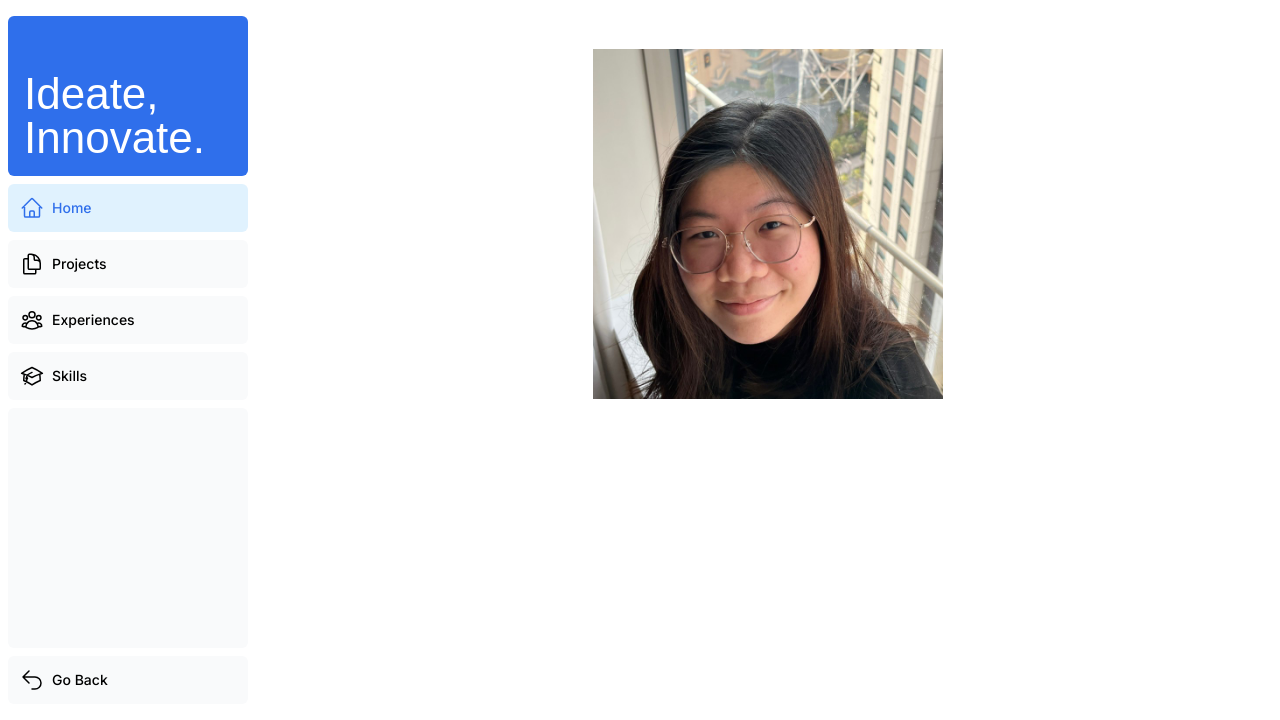
Repository: ThatGirlJam/jaime-portfolio
Page: /dashboard
The author's editor kept a copy of each file at every save. The page is drawn from the files as they stood at one save, then again after a run of saves.
The browser window is 1280 px wide. The pictures show the whole page.
Some web fonts or font styles are not loaded; a fallback is used. The project was rebuilt for these pictures with package versions that can differ from the ones it lists, and the page was loaded fresh each time. The framework's server and built-in components were replaced by stand-ins that run in the browser. Also part of the build but not shown: next.config.js.

Above is the page before, as saved 2024-04-10 00:20:00.

### app/dashboard/page.tsx
import Image from "next/image";

export default function Page() {
  const imageStyle = {
    borderRadius: '5%',
    border: '1px solid #fff',
    display: 'flex',
    justifyContent: 'center', // Horizontally center the image
  };

  return (
    <div>
      <div style={imageStyle}>
        <Image
                src="/jaime-linkedin-photo.jpeg"
                width={350}
                height={350}
                //style={imageStyle}
                alt="Screenshots of jaime linkedin photo"
              />
        </div>
    </div>
  );
}

### app/ui/fonts.ts
import { Inter } from 'next/font/google';
import { Lusitana } from 'next/font/google';

export const inter = Inter({ subsets: ['latin'] });

export const lusitana = Lusitana({
  weight: ['400', '700'],
  subsets: ['latin'],
});

### app/ui/dashboard/sidenav.tsx
import Link from 'next/link';
import NavLinks from '@/app/ui/dashboard/nav-links';
import BannerLogo from '@/app/ui/banner-logo';
import { ArrowUturnLeftIcon } from '@heroicons/react/24/outline';

export default function SideNav() {
  return (
    <div className="flex h-full flex-col px-3 py-4 md:px-2">
      <Link
        className="h-25 mb-2 flex items-end justify-start rounded-md bg-blue-600 p-4 md:h-40"
        href="/"
      >
        <div className="w-32 text-white md:w-40">
          <BannerLogo />
        </div>
      </Link>
      <div className="flex grow flex-row justify-between space-x-2 md:flex-col md:space-x-0 md:space-y-2">
        <NavLinks />
        <div className="hidden h-auto w-full grow rounded-md bg-gray-50 md:block"></div>
        <Link href="/">
          <button className="flex h-[48px] w-full grow items-center justify-center gap-2 rounded-md bg-gray-50 p-3 text-sm font-medium hover:bg-sky-100 hover:text-blue-600 md:flex-none md:justify-start md:p-2 md:px-3">
            <ArrowUturnLeftIcon className="w-6" />
            <div className="hidden md:block">Go Back</div>
          </button>
        </Link>
      </div>
    </div>
  );
}

### app/ui/dashboard/nav-links.tsx
'use client';

import {
  UserGroupIcon,
  HomeIcon,
  DocumentDuplicateIcon,
  AcademicCapIcon,
} from '@heroicons/react/24/outline';
import Link from 'next/link';
import { usePathname } from 'next/navigation';
import clsx from 'clsx';

// Map of links to display in the side navigation.
// Depending on the size of the application, this would be stored in a database.
const links = [
  { name: 'Home', href: '/dashboard', icon: HomeIcon },
  {
    name: 'Projects',
    href: '/dashboard/projects',
    icon: DocumentDuplicateIcon,
  },
  { name: 'Experiences', href: '/dashboard/experiences', icon: UserGroupIcon },
  { name: 'Skills', href: '/dashboard/skills', icon: AcademicCapIcon },
];

export default function NavLinks() {
  const pathname = usePathname();

  return (
    <>
      {links.map((link) => {
        const LinkIcon = link.icon;
        return (
          <Link
            key={link.name}
            href={link.href}
            //When the link.href aka link of the nav option matches the curr path name, turn blue to show user is on that page
            className={clsx(
              'flex h-[48px] grow items-center justify-center gap-2 rounded-md bg-gray-50 p-3 text-sm font-medium hover:bg-sky-100 hover:text-blue-600 md:flex-none md:justify-start md:p-2 md:px-3',
              {
                'bg-sky-100 text-blue-600': pathname === link.href,
              },
            )}
          >
            <LinkIcon className="w-6" />
            <p className="hidden md:block">{link.name}</p>
          </Link>
        );
      })}
    </>
  );
}

### app/ui/banner-logo.tsx
import { lusitana } from '@/app/ui/fonts';

export default function BannerLogo() {
  return (
    <div
      className={`${lusitana.className} flex flex-row items-center leading-none text-white`}
    >
      <p className="text-[44px]">Ideate, Innovate.</p>
    </div>
  );
}

Loaded but not shown: app/layout.tsx (common file); app/dashboard/layout.tsx (common file); app/ui/global.css (common file); tailwind.config.ts (common file)

After the next 2 saves:
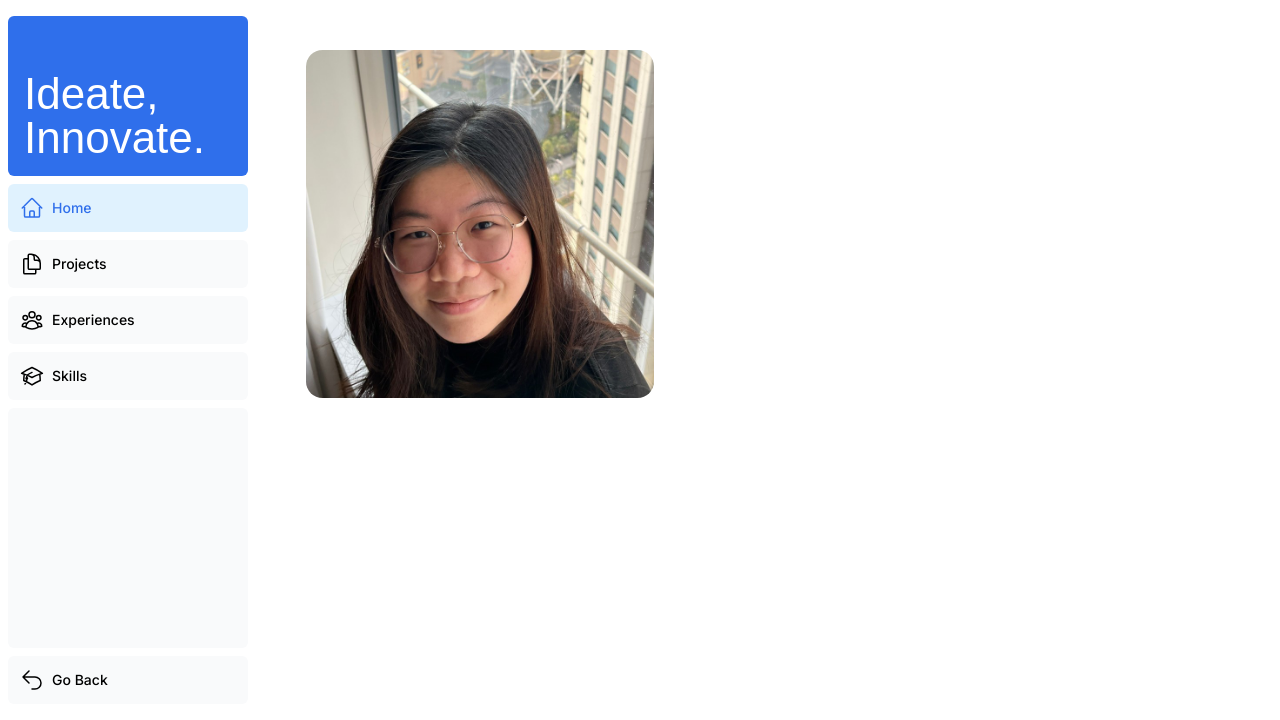
The 2 saves are shown as one change because they came seconds apart.
The last was saved 19 s later.
--- a/app/dashboard/page.tsx
+++ b/app/dashboard/page.tsx
@@ -4,8 +4,6 @@ export default function Page() {
   const imageStyle = {
     borderRadius: '5%',
     border: '1px solid #fff',
-    display: 'flex',
-    justifyContent: 'center', // Horizontally center the image
   };
 
   return (
@@ -15,7 +13,7 @@ export default function Page() {
                 src="/jaime-linkedin-photo.jpeg"
                 width={350}
                 height={350}
-                //style={imageStyle}
+                style={imageStyle}
                 alt="Screenshots of jaime linkedin photo"
               />
         </div>
